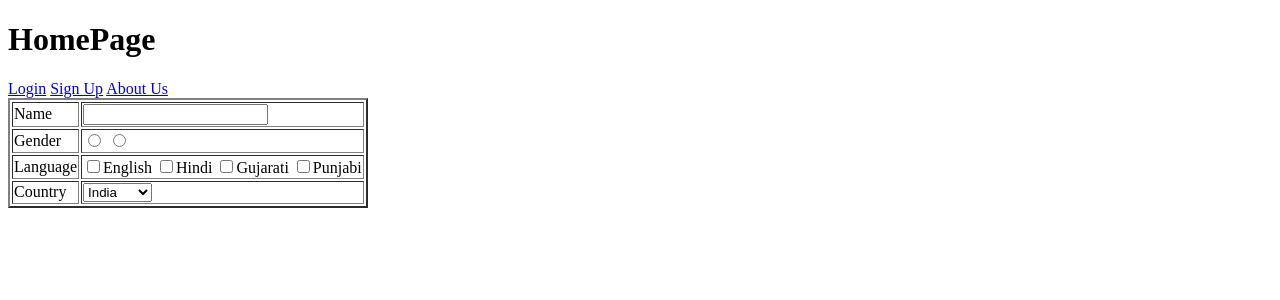
Repository: chirag555/Java_full_stack
Page: http://localhost/BasicMVC/Index.jsp
The author's editor kept a copy of each file at every save. The page is drawn from the files as they stood at one save, then again after the next save.
The browser window is 1280 px wide. The pictures show the whole page.
The page is served by Tomcat 9. Other server files are loaded and not shown.

Above is the page before, as saved 2020-02-13 07:44:10.

### BasicMVC/WebContent/Index.jsp
<%@ page language="java" contentType="text/html; charset=ISO-8859-1"
    pageEncoding="ISO-8859-1"%>
<!DOCTYPE html>
<html>
<head>
<meta charset="ISO-8859-1">
<title>Home Page</title>
</head>
<body>
<h1>HomePage</h1>
<a href="<%=request.getContextPath()%>/Controller?page=login">Login</a>
<a href="<%=request.getContextPath()%>/Controller?page=SignUp">Sign Up</a>
<a href="<%=request.getContextPath()%>/Controller?page=about">About Us</a>

<form metod=get action="submit.jsp">
<table border=2>
<tr>
<td>Name</td>
<td><input type=text name=name></td>
</tr>
<tr>
<td>Gender</td>
<td><input type=radio name=gender value=male>
	  <input type=radio name=gender value=female></td></tr>
<tr><td>
Language</td><td><input type=checkbox name=language value=English>English
				<input type=checkbox name=language value=Hindi>Hindi
				<input type=checkbox name=language value=Gujarati>Gujarati
				<input type=checkbox name=language value=Punjabi>Punjabi
</td>
<tr>
<td>
Country</td><td><select name=country>
<option value=india>India</option>
<option value=usa>USA</option>
<option value=nepal>Nepal</option>
<option value=uganda>Uganda</option>
</select>
</td>
</tr>
</table>
</form>
</body>
</html>

After the next save:
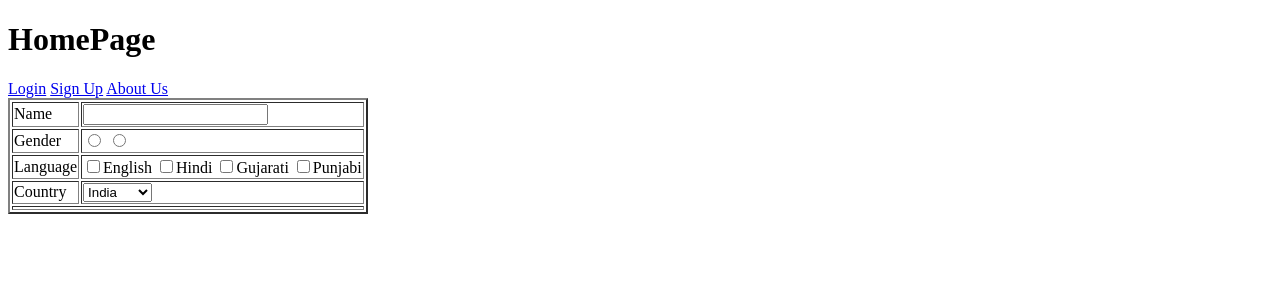
Saved 42 s later.
--- a/BasicMVC/WebContent/Index.jsp
+++ b/BasicMVC/WebContent/Index.jsp
@@ -38,6 +38,10 @@ Country</td><td><select name=country>
 </select>
 </td>
 </tr>
+<tr>
+<td colspan=2>
+</td>
+</tr>
 </table>
 </form>
 </body>
